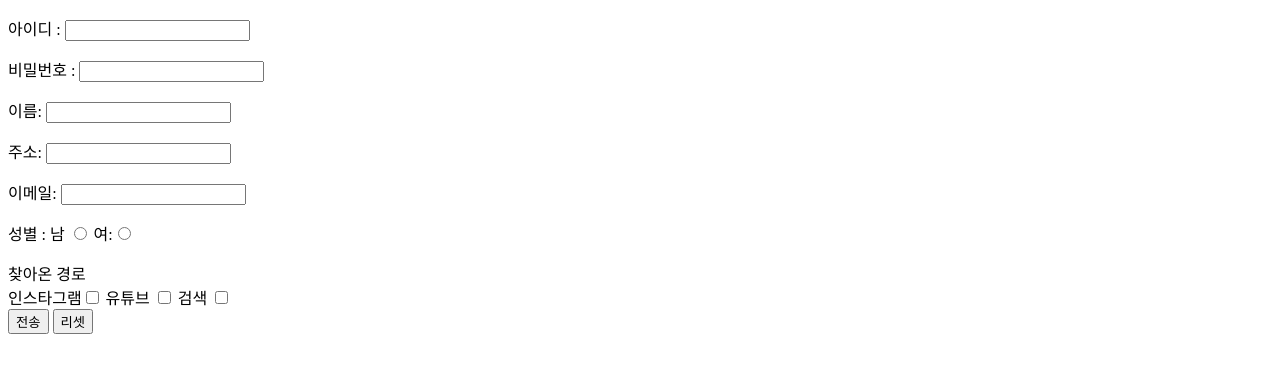
Repository: hyeonjuu/fusionProjectTest
Page: http://localhost/test/signUp.jsp
An editor plug-in stored every save of this project. The page is shown before and after the next save, followed by the edit.
The browser window is 1280 px wide. The pictures show the whole page.
The page is served by Tomcat 9.

Above is the page before, as saved 2022-10-03 16:43:14.

### Test/test/src/main/webapp/signUp.jsp
<%@ page language="java" contentType="text/html; charset=UTF-8"
    pageEncoding="UTF-8"%>
<!DOCTYPE html>
<html>
<head>
<meta charset="UTF-8">
<title>Insert title here</title>
</head>
<body>

	<form action="ProcessEx.jsp" method="post" name ="info">
		<p> 아이디 : <input type="text" name = "id">
		<p> 비밀번호 : <input type ="password" name ="pwd">

		<p>이름: <input type="text" name = "name">
		<p>주소: <input type="text" name = "address">
		<p>이메일: <input type="text" name = "email">
		<p>성별 :  남 <input type="radio" name = "gender" value="male">
			여:<input type= "radio" name ="gender" value ="female"></p>
		<p>찾아온 경로<br>
		인스타그램<input type="checkbox" name="root" value = "instagram">
		유튜브 <input type="checkbox" name="root" value="youtube">
		검색 <input type="checkbox" name="root" value="search">
		<br>
		<input type="submit" value="전송">
		<input type="reset" value ="리셋">
	 </form>

</body>

After the next save:
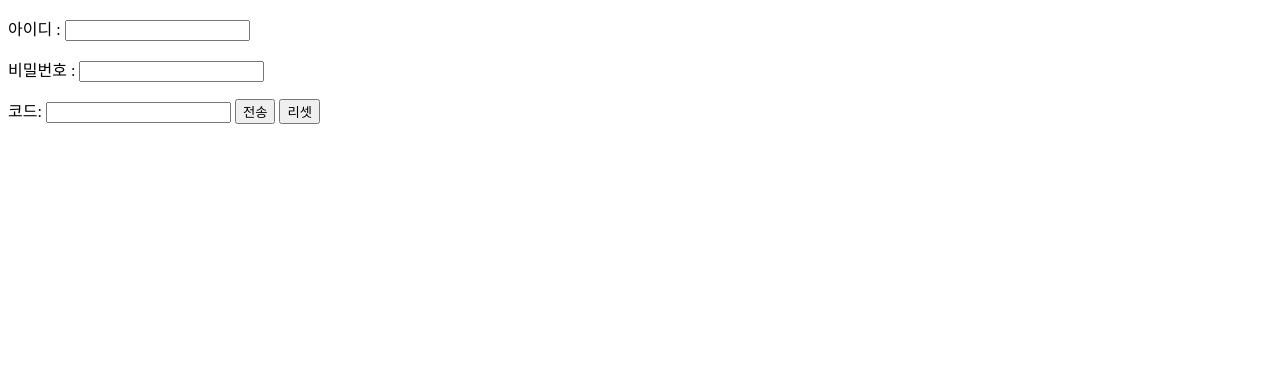
Saved 28 s later.
--- a/Test/test/src/main/webapp/signUp.jsp
+++ b/Test/test/src/main/webapp/signUp.jsp
@@ -12,16 +12,8 @@
 		<p> 아이디 : <input type="text" name = "id">
 		<p> 비밀번호 : <input type ="password" name ="pwd">
 
-		<p>이름: <input type="text" name = "name">
-		<p>주소: <input type="text" name = "address">
-		<p>이메일: <input type="text" name = "email">
-		<p>성별 :  남 <input type="radio" name = "gender" value="male">
-			여:<input type= "radio" name ="gender" value ="female"></p>
-		<p>찾아온 경로<br>
-		인스타그램<input type="checkbox" name="root" value = "instagram">
-		유튜브 <input type="checkbox" name="root" value="youtube">
-		검색 <input type="checkbox" name="root" value="search">
-		<br>
+		<p>코드: <input type="text" name = "code">
+
 		<input type="submit" value="전송">
 		<input type="reset" value ="리셋">
 	 </form>
